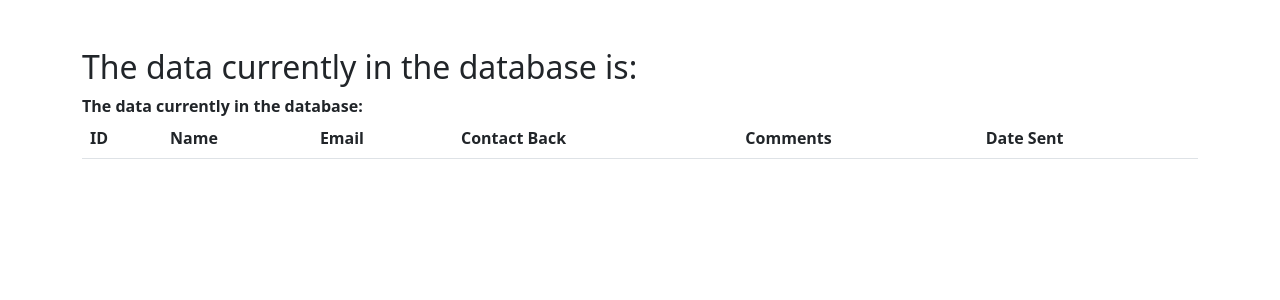
Repository: MarianCurtis/PHP-week3
Page: http://localhost/week6/lesson14.php
The author's editor kept a copy of each file at every save. The page is drawn from the files as they stood at one save, then again after the next save.
The browser window is 1280 px wide. The pictures show the whole page.
Some web libraries are served in a nearby version. The page is run by PHP 8.4 with error messages shown; the project is at /var/www/html/. Queries for data that is not in the repository find no rows.

Above is the page before, as saved 2023-03-19 16:37:43.

After the next save:
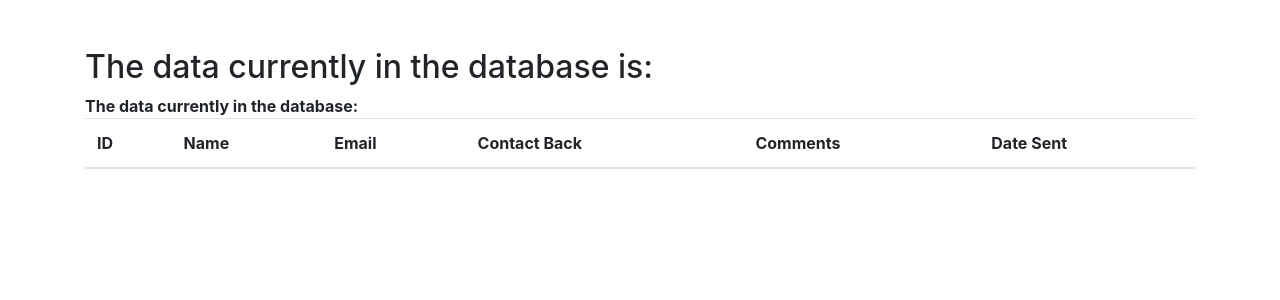
Saved 2 min 30 s later.
--- a/week6/lesson14.php
+++ b/week6/lesson14.php
@@ -40,8 +40,7 @@
     <meta http-equiv="X-UA-Compatible" content="IE-edge">
     <meta name="viewpoint" content="width=device-width, initial-scale=1.0">
     <!-- Adding Boostrap -->
-    <link href="https://cdn.jsdelivr.net/npm/bootstrap@5.2.3/dist/css/bootstrap.min.css" rel="stylesheet"
-    integrity="sha384-rbsA2VBKQhggwzxH7pPCaAqO46MgnOM80zW1RWuH61DGLwZJEdK2Kadq2F9CUG65" crossorigin="anonymous">
+    <link rel="stylesheet" href="https://stackpath.bootstrapcdn.com/bootstrap/4.5.0/css/bootstrap.min.css" integrity="sha384-9aIt2nRpC12Uk9gS9baDl411NQApFmC26EwAOH8WgZl5MYYxFfc+NcPb1dKGj7Sk" crossorigin="anonymous" />
 
     <!-- JavaScript Bundle with Popper -->
     <script src="https://cdn.jsdelivr.net/npm/bootstrap@5.2.3/dist/js/bootstrap.bundle.min.js"
